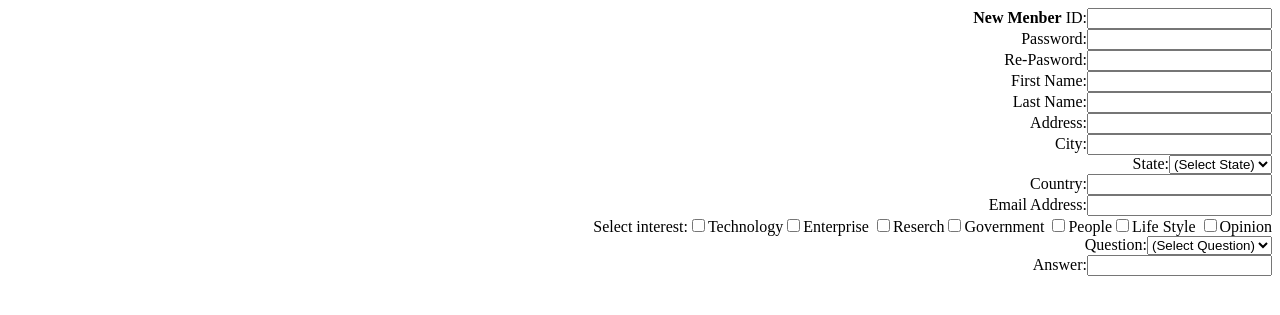
Repository: sheep9590/Test
Page: eclipse-workspace/Prj03/WebRoot/Register.html
These files come from the project's save history. The page is drawn as it stood at one moment and after the next save; the edit follows.
The browser window is 1280 px wide. The pictures show the whole page.

Above is the page before, as saved 2021-09-08 16:28:38.

### eclipse-workspace/Prj03/WebRoot/Register.html
<!DOCTYPE html>
<html>
<body>
<form align="right">
<caption>
       <strong>New Menber</strong>
</caption>
     ID:<input type="text"><br>
     Password:<input type="password"><br>
     Re-Pasword:<input type="password"><br>
     First Name:<input type="text"><br>
     Last Name:<input type="text"><br>
     Address:<input type="text"><br>
     City:<input type="text"><br>
     State:<select>
     <option>(Select State)</option>
     </select><br>
     Country:<input type="text"><br>
     Email Address:<input type="text"><br>
     Select interest:<input type="checkbox">Technology<input type="checkbox">Enterprise
                     <input type="checkbox">Reserch<input type="checkbox">Government
                     <input type="checkbox">People<input type="checkbox">Life Style
                     <input type="checkbox">Opinion<br>
     Question:<select>
     <option>(Select Question)</option>
     </select><br>
     Answer:<input type="text"><br>
     </form>
</body>
</html>

After the next save:
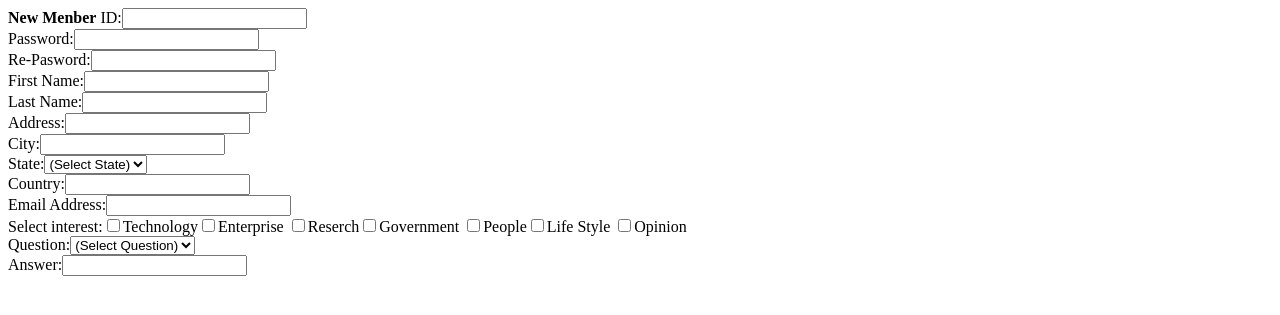
Saved 27 s later.
--- a/eclipse-workspace/Prj03/WebRoot/Register.html
+++ b/eclipse-workspace/Prj03/WebRoot/Register.html
@@ -1,7 +1,7 @@
 <!DOCTYPE html>
 <html>
 <body>
-<form align="right">
+<form >
 <caption>
        <strong>New Menber</strong>
 </caption>
